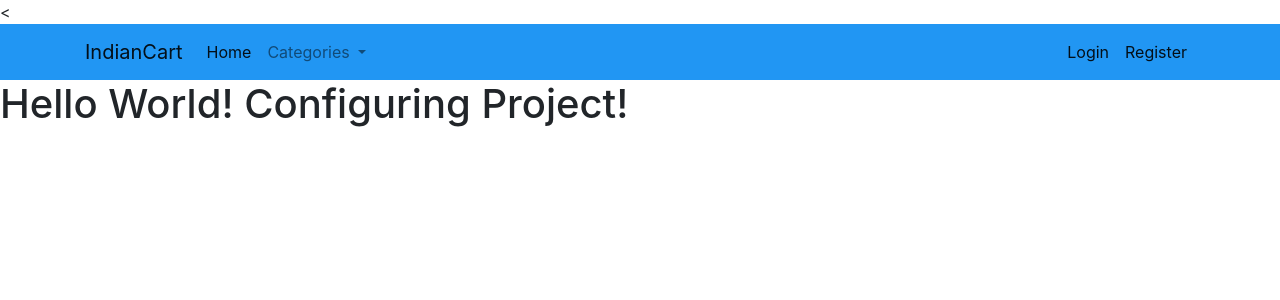
Repository: neerajchavan/E-Commerce-Project
Page: http://localhost/E-Commerce-Project/
The author's editor kept a copy of each file at every save. The page is drawn from the files as they stood at one save, then again after the next save.
The browser window is 1280 px wide. The pictures show the whole page.
Some web libraries are served in a nearby version. The page is served by Tomcat 9.

Above is the page before, as saved 2020-10-07 14:51:12.

After the next save:
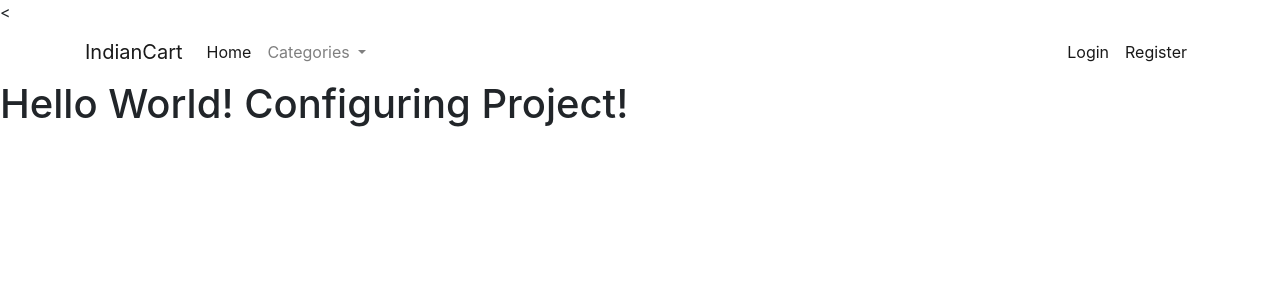
Saved 41 s later.
--- a/E-Commerce-Project/WebContent/CSS/Style.css
+++ b/E-Commerce-Project/WebContent/CSS/Style.css
@@ -1,3 +1,3 @@
-.custom-bg{
+.body{
 	background:#2196f3;
 }
